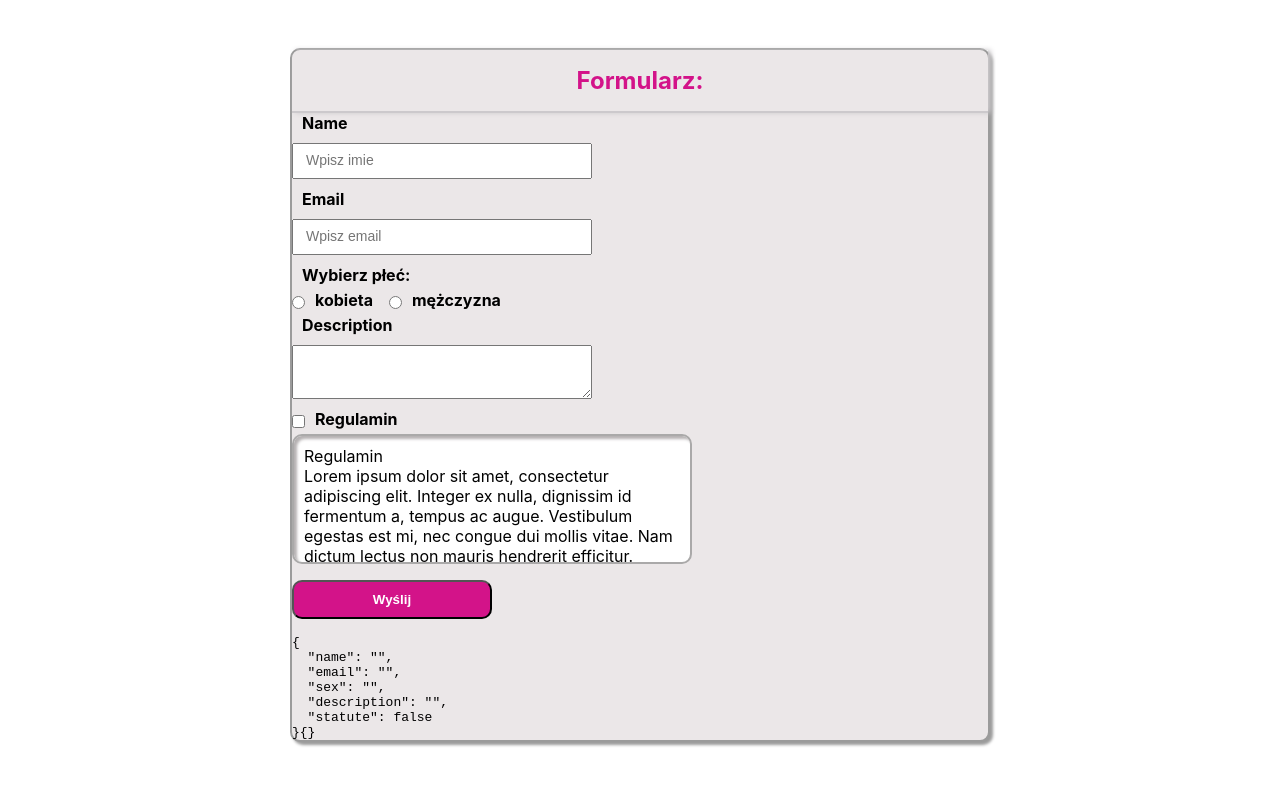
Repository: KrzysKolo/sr_tydzien4_zad3
Page: /
These files come from the project's save history. The page is drawn as it stood at one moment and after the next save; the edit follows.
The browser window is 1280 px wide. The pictures show the whole page.
The project was rebuilt for these pictures with package versions that can differ from the ones it lists, and the page was loaded fresh each time. Also part of the build but not shown: src/components/FormComponents/TextError.js.

Above is the page before, as saved 2020-11-19 15:15:07.

After the next save:
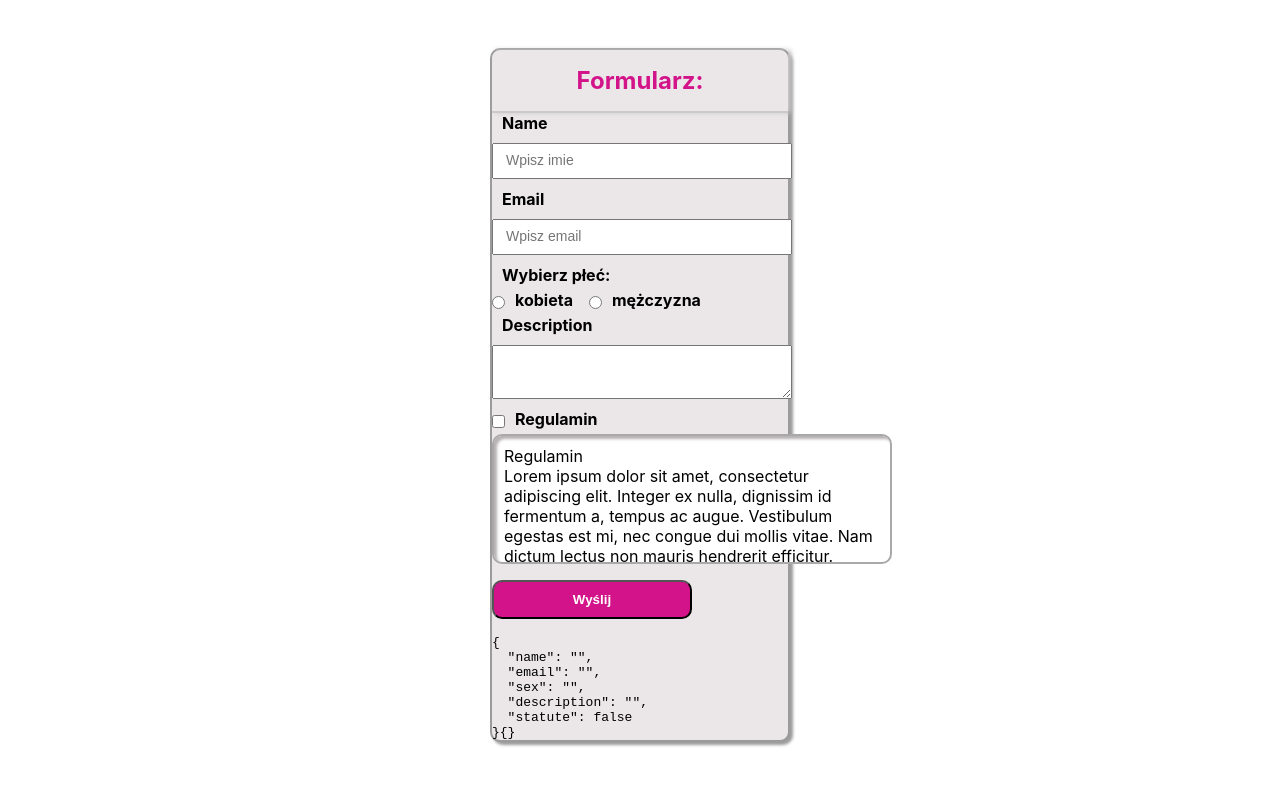
Saved 76 s later.
--- a/src/App.css
+++ b/src/App.css
@@ -5,7 +5,7 @@
 }
 .App {
   margin: 3rem auto;
-  width: 700px;
+  width: 300px;
   background-color: rgb(235, 231, 232);
   border: 2px solid rgb(155, 155, 155);
   border-radius: 10px;
